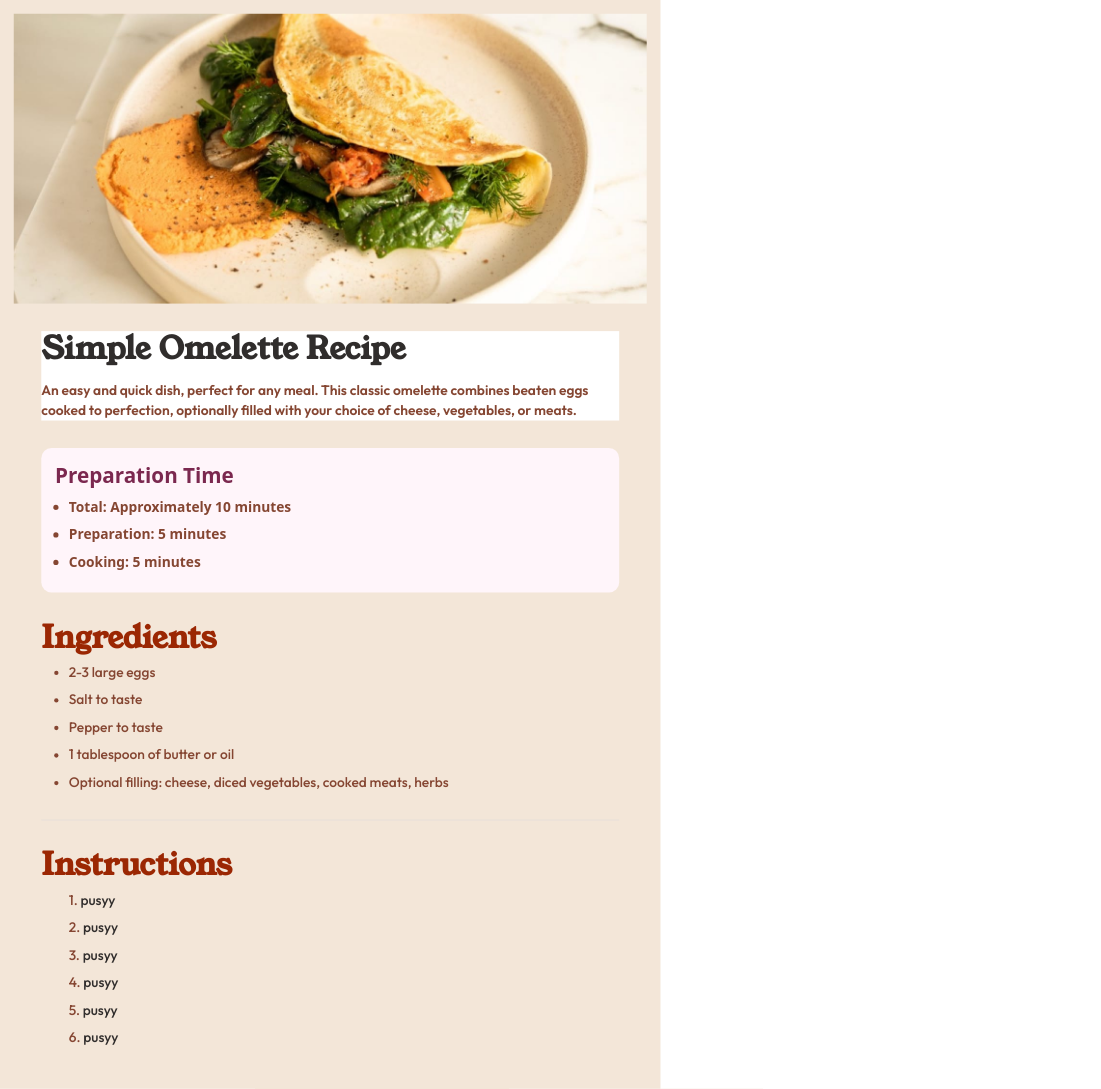
Repository: nivrii/recipe-page-main
Page: /
These files come from the project's save history. The page is drawn as it stood at one moment and after the next save; the edit follows.
The browser window is 1280 px wide. The pictures show the whole page, at 86% of full size.
The project was rebuilt for these pictures with package versions that can differ from the ones it lists, and the page was loaded fresh each time. Also part of the build but not shown: vite.config.js, src/index.css.

Above is the page before, as saved 2024-03-23 15:55:11.

### src/App.jsx
import "./App.css";
import omelette from "./assets/images/image-omelette.jpeg";

function App() {
  return (
    <div className="container flex flex-col md:p-4 md:bg-eggshell w-screen min-h-max">
      <div>
        <img src={omelette} alt="omelette" className="w-screen md:w-auto" />
      </div>
      <div className="bg-white m-8">
        <h1 className="text-left text-darkCharcoal text-4xl font-bold font-young">
          Simple Omelette Recipe
        </h1>
        <p className="text-left font-outfit text-nutmeg mt-4 font-semibold">
          An easy and quick dish, perfect for any meal. This classic omelette
          combines beaten eggs cooked to perfection, optionally filled with your
          choice of cheese, vegetables, or meats.
        </p>
      </div>
      <div className="bg-roseWhite p-4 mx-8 rounded-xl">
        <h1 className="text-left text-darkRaspberry text-2xl font-bold">
          Preparation Time
        </h1>
        <ul className="list-disc px-4 text-nutmeg">
          <li className=" font-semibold my-2">
            <span className="font-extrabold">Total:</span> Approximately 10
            minutes
          </li>
          <li className=" font-semibold my-2">
            <span className="font-extrabold">Preparation:</span> 5 minutes
          </li>
          <li className=" font-semibold my-2">
            <span className="font-extrabold">Cooking:</span> 5 minutes
          </li>
        </ul>
      </div>
      <div className="divide-y divide-lightGrey mx-4">
        <div className="m-4">
          <h1 className="text-left text-nutmegLight text-4xl font-bold font-young mt-8">
            Ingredients
          </h1>
          <ul className="list-disc px-4 font-outfit mt-2 mb-8 mx-4 text-nutmeg font-medium space-y-2">
            <li>2-3 large eggs</li>
            <li>Salt to taste</li>
            <li>Pepper to taste</li>
            <li>1 tablespoon of butter or oil</li>
            <li>
              Optional filling: cheese, diced vegetables, cooked meats, herbs
            </li>
          </ul>
        </div>
        <div className="m-4">
          <h1 className="text-left text-nutmegLight text-4xl font-bold font-young mt-8">
            Instructions
          </h1>
          <ul className="px-4 font-outfit mt-2 mb-8 mx-4 text-darkCharcoal font-medium space-y-2">
            <li><span className="text-nutmeg">1.  </span> pusyy</li>
            <li><span className="text-nutmeg">2.  </span> pusyy</li>
            <li><span className="text-nutmeg">3.  </span> pusyy</li>
            <li><span className="text-nutmeg">4.  </span> pusyy</li>
            <li><span className="text-nutmeg">5.  </span> pusyy</li>
            <li><span className="text-nutmeg">6.  </span> pusyy</li>
            </ul>
        </div>
      </div>
    </div>
  );
}

export default App;

### src/App.css
@import url("https://fonts.googleapis.com/css2?family=Young+Serif&display=swap");

@import url("https://fonts.googleapis.com/css2?family=Outfit:wght@100..900&display=swap");

@import "tailwindcss/base";
@import "tailwindcss/components";
@import "tailwindcss/utilities";

### tailwind.config.js
/** @type {import('tailwindcss').Config} */
export default {
  content: ["./index.html", "./src/**/*.{js,ts,jsx,tsx}"],
  theme: {
    screens: {
      'sm': '375px',
      'md': '768px',
      'lg': '1440px',
      'xl': '1920px',
    },
    extend: {
      fontFamily: {
        outfit: ["Outfit", "sans-serif"],
        young: ["Young Serif", "serif"],
      },
      colors: {
        roseWhite: "hsl(330, 100%, 98%)",
        white: "hsl(0, 0%, 100%)",
        eggshell: "hsl(30, 54%, 90%)",
        lightGrey: "hsl(30, 18%, 87%)",
        wengeBrown: "hsl(30, 10%, 34%)",
        darkCharcoal: "hsl(24, 5%, 18%)",
        nutmeg: "hsl(14, 45%, 36%)",
        nutmegLight: "hsl(14, 96%, 31%)",
        darkRaspberry: "hsl(332, 51%, 32%)",
      },
    },
  },
  plugins: [],
};

Loaded but not shown: index.html (common file); src/main.jsx (common file)

After the next save:
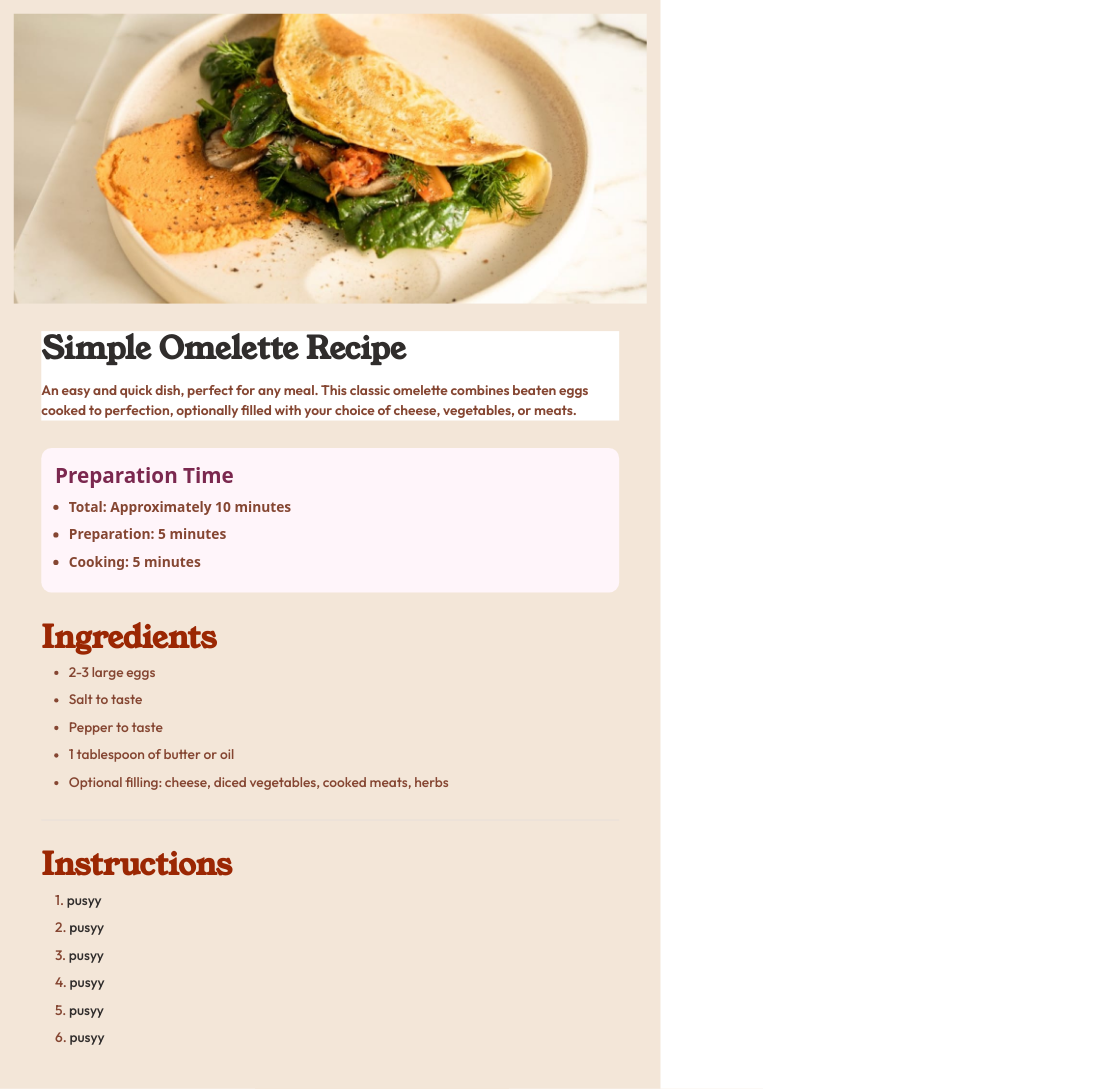
Saved 22 s later.
--- a/src/App.jsx
+++ b/src/App.jsx
@@ -53,13 +53,13 @@ function App() {
           <h1 className="text-left text-nutmegLight text-4xl font-bold font-young mt-8">
             Instructions
           </h1>
-          <ul className="px-4 font-outfit mt-2 mb-8 mx-4 text-darkCharcoal font-medium space-y-2">
-            <li><span className="text-nutmeg">1.  </span> pusyy</li>
-            <li><span className="text-nutmeg">2.  </span> pusyy</li>
-            <li><span className="text-nutmeg">3.  </span> pusyy</li>
-            <li><span className="text-nutmeg">4.  </span> pusyy</li>
-            <li><span className="text-nutmeg">5.  </span> pusyy</li>
-            <li><span className="text-nutmeg">6.  </span> pusyy</li>
+          <ul className="font-outfit mt-2 mb-8 mx-4 text-darkCharcoal font-medium space-y-2">
+            <li><span className="text-nutmeg">1.</span> pusyy</li>
+            <li><span className="text-nutmeg">2.</span> pusyy</li>
+            <li><span className="text-nutmeg">3.</span> pusyy</li>
+            <li><span className="text-nutmeg">4.</span> pusyy</li>
+            <li><span className="text-nutmeg">5.</span> pusyy</li>
+            <li><span className="text-nutmeg">6.</span> pusyy</li>
             </ul>
         </div>
       </div>
